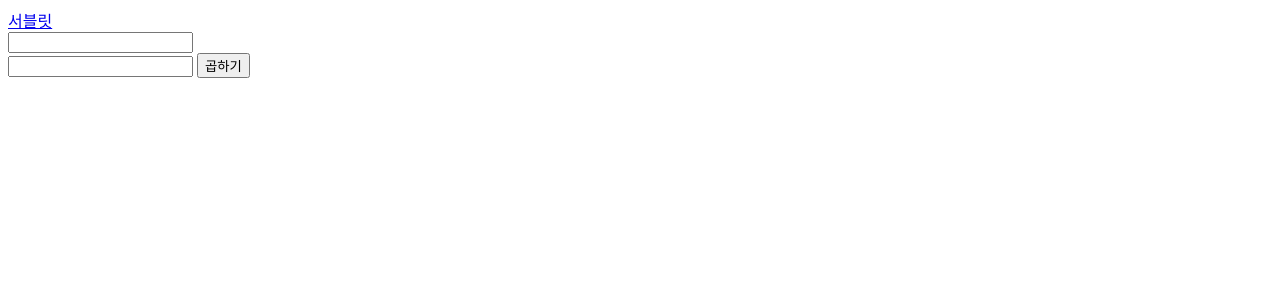
Repository: kdh2212/KDT_code
Page: http://localhost/20250801Web/form2.jsp
An editor plug-in stored every save of this project. The page is shown before and after the next save, followed by the edit.
The browser window is 1280 px wide. The pictures show the whole page.
The page is served by Tomcat 9.

Above is the page before, as saved 2025-08-01 03:07:52.

After the next save:
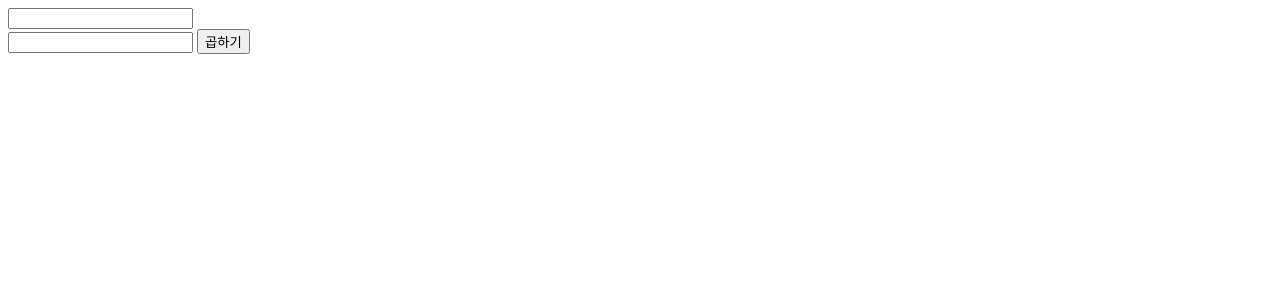
Saved 55 s later.
--- a/20250801Web/src/main/webapp/form2.jsp
+++ b/20250801Web/src/main/webapp/form2.jsp
@@ -7,8 +7,7 @@
 <title>Insert title here</title>
 </head>
 <body>
-<a href="test">서블릿</a>
-<form action="SecondServlet.java">
+<form action="result">
 <input type="text" name="val1" /><br/>
 <input type="text" name="val2" />
 <input type="submit" value="곱하기"/>
